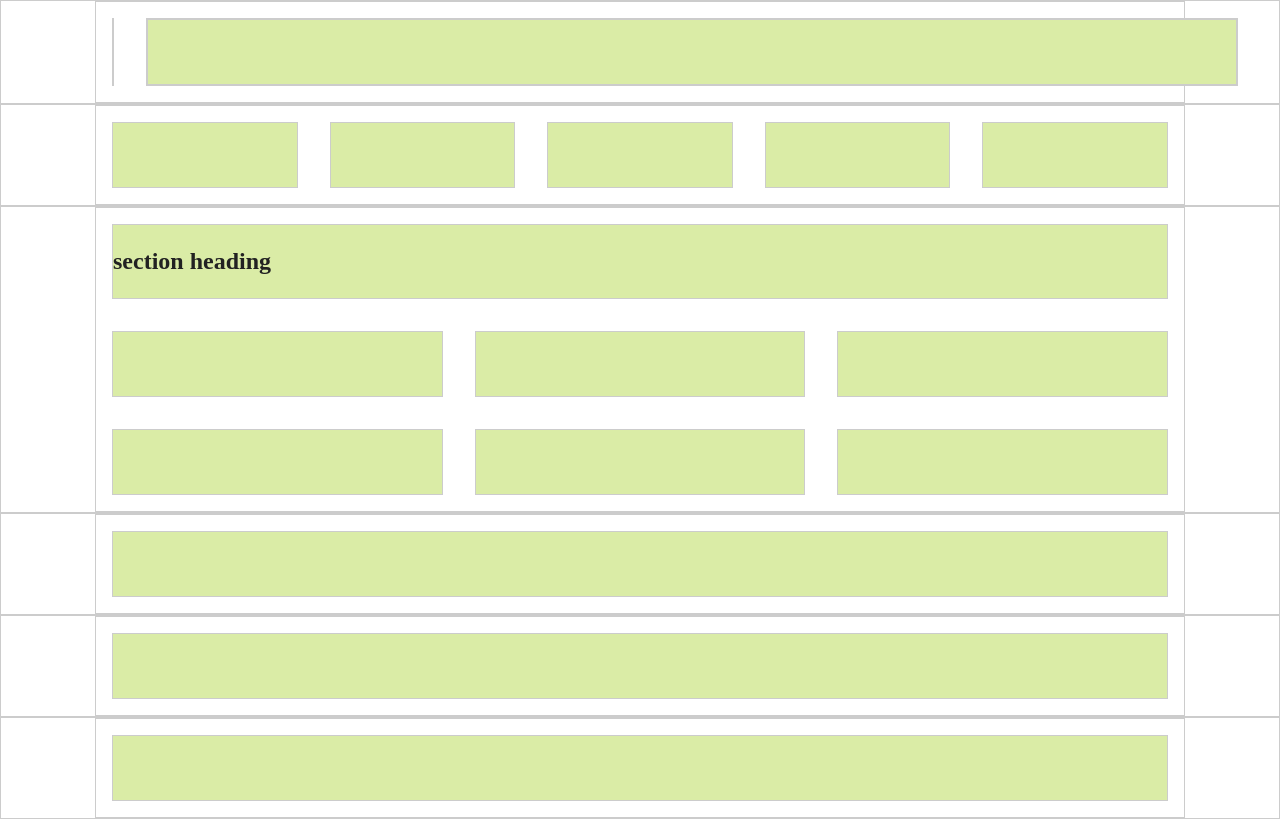
Repository: AlexBCIT/metrolicspractice
Page: index.html
An editor plug-in stored every save of this project. The page is shown before and after the next save, followed by the edit.
The browser window is 1280 px wide. The pictures show the whole page.

Above is the page before, as saved 2021-01-29 10:36:18.

After the next save:
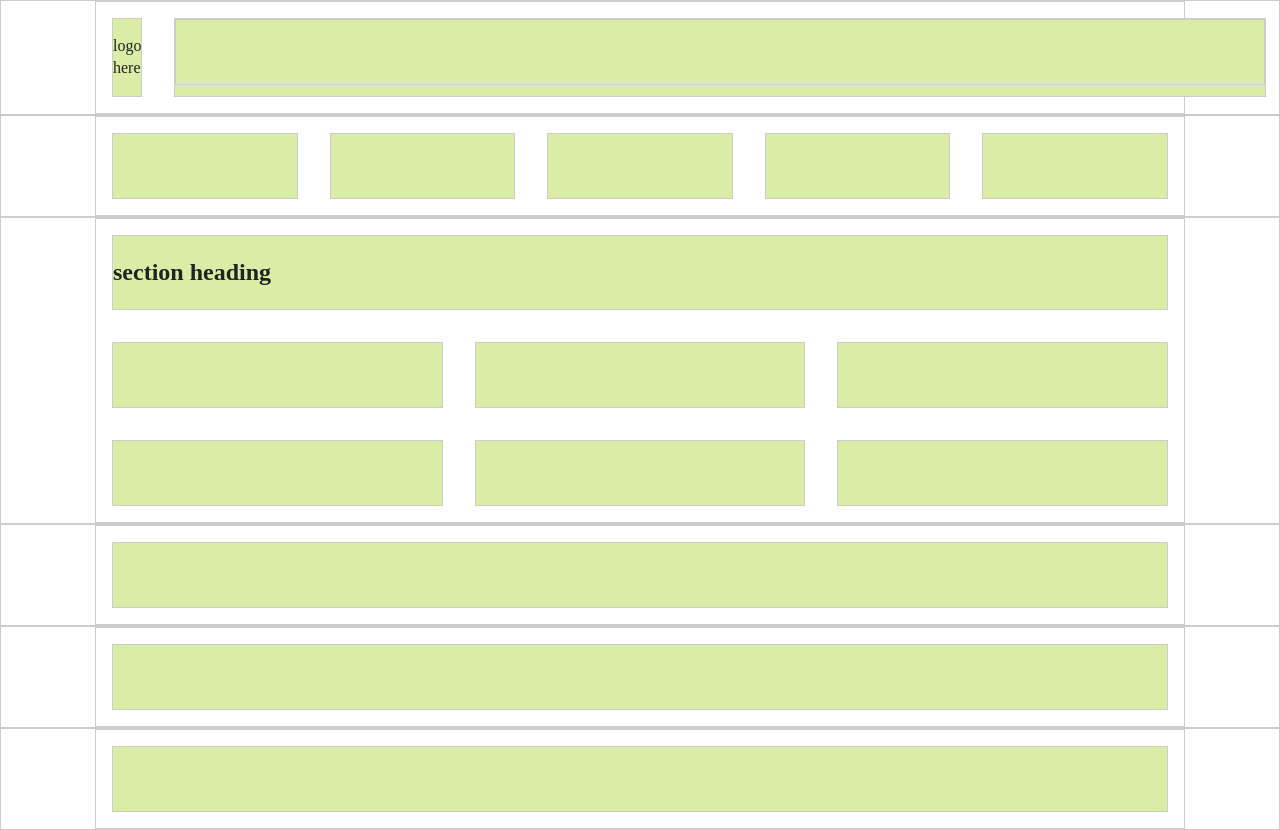
Saved 12 s later.
--- a/index.html
+++ b/index.html
@@ -27,7 +27,7 @@
     <div class="container">
         <div class="row col-1-2">
             <div class="column">
-
+                <p>logo here</p>
             </div>
             <div class="column">
                 <div class="row"></div>

After the save that followed:
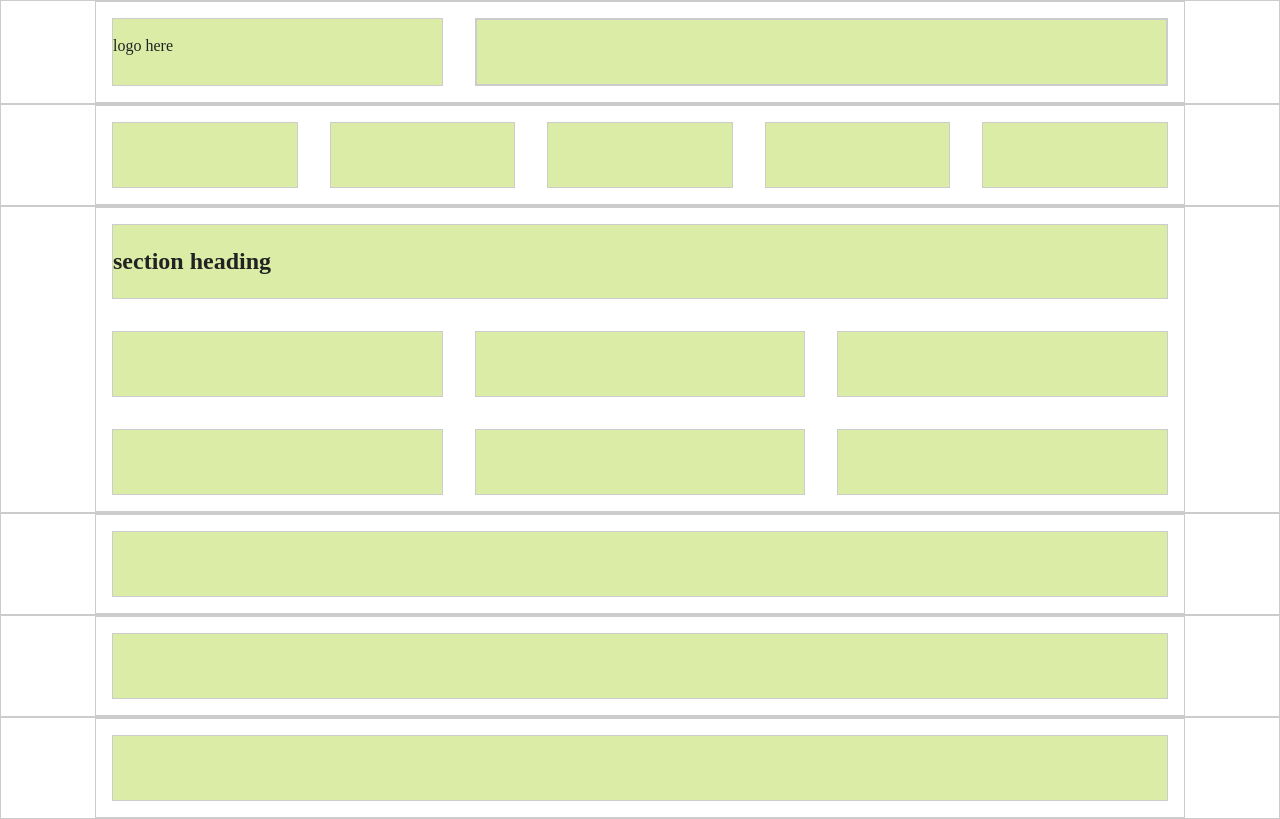
Saved 22 s later.
--- a/index.html
+++ b/index.html
@@ -30,7 +30,7 @@
                 <p>logo here</p>
             </div>
             <div class="column">
-                <div class="row"></div>
+                <div class="sub-row"></div>
             </div>
         </div>
     </div>
